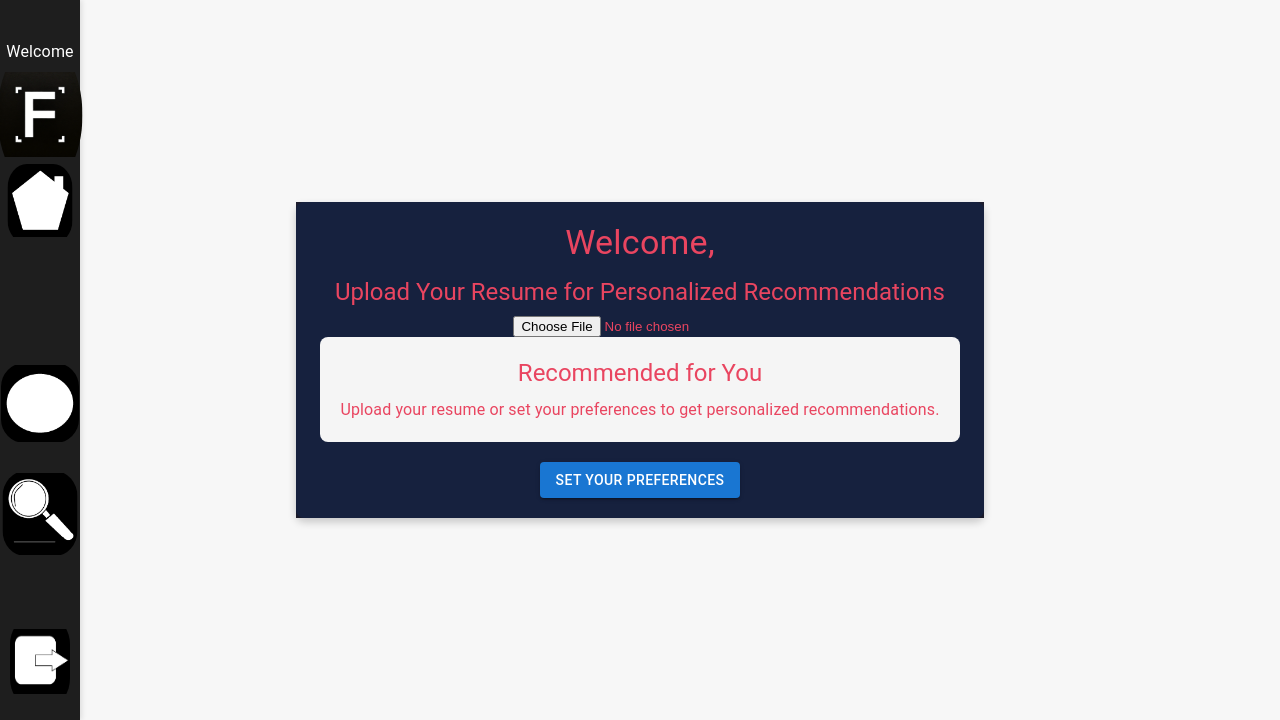
Repository: jvt2/OnlineCourseApp
Page: /dashboard
These files come from the project's save history. The page is drawn as it stood at one moment and after the next save; the edit follows.
The browser window is 1280 px wide. The pictures show the whole page.
The page's requests for data from a server got no answer. The project was rebuilt for these pictures with package versions that can differ from the ones it lists, and the page was loaded fresh each time. No one was signed in, and anything a server would have sent is missing. Also part of the build but not shown: src/features/auth/Register.js, src/features/auth/Login.js, src/features/courses/ResumeUpload.js, src/features/courses/CourseRecommendations.js, src/components/common/MyModal.js, src/features/courses/CourseCatalog.js, src/features/courses/CourseDetail.js, src/components/common/Navbar.js and 3 more. Imported but missing from the stored project, and not drawn on this page: src/app/reportWebVitals.

Above is the page before, as saved 2024-07-16 10:47:42.

### src/index.js
import React from 'react';
import ReactDOM from 'react-dom/client';
import { Provider } from 'react-redux';
import store from './redux/store';
import './index.css';
import App from './app/App';
import reportWebVitals from './app/reportWebVitals';

const root = ReactDOM.createRoot(document.getElementById('root'));
root.render(
  <React.StrictMode>
    <App />
  </React.StrictMode>
);

// If you want to start measuring performance in your app, pass a function
// to log results (for example: reportWebVitals(console.log))
// or send to an analytics endpoint. Learn more: https://bit.ly/CRA-vitals
reportWebVitals();

### src/redux/store.js
// src/redux/store.js

import { configureStore } from '@reduxjs/toolkit';
import userReducer from './userReducer';

const store = configureStore({
  reducer: {
    user: userReducer,
  },
});

export default store;

### src/app/App.js
import { BrowserRouter as Router, Route, Routes } from 'react-router-dom';
import React, { useState } from 'react';
import logo from '../logo.svg';
import './App.css';
import Register from '../features/auth/Register';
import Login from '../features/auth/Login';
import CourseCatalog from '../features/courses/CourseCatalog';
import CourseDetail from '../features/courses/CourseDetail';
import UserDashboard from '../features/dashboard/Dashboard';
import Navbar from '../components/common/Navbar';
import { Provider } from 'react-redux';
import store from '../redux/store'; // import your Redux store here
import Logout from '../features/auth/Logout'; // Import the Logout component
import Chatbot from '../features/chatbot/Chatbot';
import CourseRecommendations from '../features/courses/CourseRecommendations';
import axios from 'axios';
import ResumeUpload from '../features/courses/ResumeUpload';
import LandingPage from '../components/common/LandingPage';

function App() {
  const [loggedIn, setLoggedIn] = useState(false);
  const [users, setUsers] = useState([]);
  const [currentUser, setCurrentUser] = useState(null);
  const [recommendations, setRecommendations] = useState([]);

  const handleResumeUpload = (newRecommendations) => {
    console.log('New Recommendations:', newRecommendations);
    setRecommendations(newRecommendations);
  };

  const [courses, setCourses] = useState([
    {id: 1, name: 'Course 1', description: 'This is course 1'},
    {id: 2, name: 'Course 2', description: 'This is course 2'}
  ]);

  const handleRegister = async (username, password) => {
    try {
      const response = await axios.post('http://localhost:3001/register', { username, password });
      alert(response.data.message);
      // Log in the new user if registration is successful
      handleLogin(username, password);
    } catch (error) {
      alert(error.response.data.message);
    }
  };

  const handleLogin = async (username, password) => {
    try {
      const response = await axios.post('http://localhost:3001/login', { username, password });
      localStorage.setItem('token', response.data.token);
      setLoggedIn(true);
      setCurrentUser({ username });
    } catch (error) {
      alert('Login failed. Please check your username and password.');
    }
  };

  const handleEnroll = async (course) => {
    try {
      const token = localStorage.getItem('token');
      await axios.post('http://localhost:3001/enroll', { courseId: course.id }, {
        headers: { 'Authorization': `Bearer ${token}` }
      });
      setEnrolledCourses([...enrolledCourses, course]);
    } catch (error) {
      console.error('Enrollment failed', error);
    }
  };

  const [enrolledCourses, setEnrolledCourses] = useState([]);
  const [isModalOpen, setIsModalOpen] = useState(false);

  const handleSelectRecommendation = (recommendation) => {
    const newCourse = {
      id: courses.length + 1,
      name: recommendation.text,
      description: 'This is a recommended course based on your resume.'
    };

    setCourses([...courses, newCourse]);
    setEnrolledCourses([...enrolledCourses, newCourse]);
    setIsModalOpen(false);
  };

  return (
    <Provider store={store}>
      <Router>
        <div className="App">
          <Routes>
            <Route path="/" element={<LandingPage />} />
            <Route path="/register" element={<Register />} />
            <Route path="/login" element={<Login />} />
            <Route path="/dashboard" element={<UserDashboard />} /> {/* Added this line */}
          </Routes>
        </div>
      </Router>
    </Provider>
  );
}

export default App;

### src/redux/userReducer.js
// src/redux/userReducer.js
// src/redux/userReducer.js
import { createSlice } from '@reduxjs/toolkit';

const initialState = {
  id: null,
  email: null,
  token: null,
};

const userSlice = createSlice({
  name: 'user',
  initialState,
  reducers: {
    logIn(state, action) {
      state.id = action.payload.id;
      state.email = action.payload.email;
      state.token = action.payload.token;
    },
    logOut(state) {
      state.id = null;
      state.email = null;
      state.token = null;
    },
  },
});

export const { logIn, logOut } = userSlice.actions;
export default userSlice.reducer;

### src/app/App.css
/* App.css */
:root {
  --primary-bg-color: #1E1E2F;
  --secondary-bg-color: #282840;
  --primary-text-color: #F5F5F5;
  --link-color: #61dafb;
  --accent-color: #FF6B6B;
  --navbar-height: 4rem;
  --content-padding: 20px;
  --border-radius: 8px;
  --transition-duration: 0.3s;
  --gradient-bg-color: linear-gradient(120deg, #84fab0 0%, #8fd3f4 100%);
}

.App {
  text-align: center;
  font-family: 'Arial', sans-serif;
  background-color: var(--primary-bg-color);
}

.App-logo {
  height: 40vmin;
  pointer-events: none;
  filter: drop-shadow(0 0 10px var(--accent-color));
}

.App-header {
  background-color: var(--secondary-bg-color);
  min-height: 100vh;
  display: flex;
  flex-direction: column;
  align-items: center;
  justify-content: center;
  font-size: calc(10px + 2vmin);
  color: var(--primary-text-color);
  border-bottom-left-radius: var(--border-radius);
  border-bottom-right-radius: var(--border-radius);
}

.App-link {
  color: var(--link-color);
  transition: color var(--transition-duration);
}

.App-link:hover {
  color: var(--accent-color);
}

@media (prefers-reduced-motion: no-preference) {
  .App-logo {
    animation: App-logo-spin infinite 20s linear;
  }
}

@keyframes App-logo-spin {
  from {
    transform: rotate(0deg);
  }
  to {
    transform: rotate(360deg);
  }
}

.site-navbar {
  display: flex;
  align-items: center;
  background: var(--gradient-bg-color);
  padding: 10px 20px;
  height: var(--navbar-height);
  font-weight: 500;
  box-shadow: 0 4px 6px rgba(0, 0, 0, 0.1);
}

.navbar-nav {
  display: flex;
  align-items: center;
  list-style: none;
  margin: 0;
  padding: 0;
  flex-grow: 1;
  justify-content: center;
}

.nav-item {
  display: flex;
  align-items: center;
  justify-content: center;
  text-decoration: none;
  color: var(--primary-text-color);
  padding: 15px 25px;
  transition: all 0.3s ease-in-out;
  border-radius: var(--border-radius);
  position: relative;
}

.nav-item:before {
  content: '';
  position: absolute;
  top: 0;
  left: 0;
  width: 0;
  height: 100%;
  background: var(--accent-color);
  border-radius: var(--border-radius);
  transition: width 0.3s ease-in-out;
  z-index: -1;
}

.nav-item:hover:before {
  width: 100%;
}

.nav-item:hover {
  color: var(--secondary-bg-color);
  box-shadow: 0 4px 8px rgba(0, 0, 0, 0.2);
  text-decoration: none;
}

.navbar-brand {
  margin-right: auto;
  color: var(--primary-text-color);
  font-size: 1.5em;
  font-weight: bold;
}

.App-content {
  padding: var(--content-padding);
  color: var(--primary-text-color);
}

.App-footer {
  text-align: center;
  padding: var(--content-padding);
  background-color: var(--secondary-bg-color);
  color: var(--primary-text-color);
  box-shadow: 0 -4px 6px rgba(0, 0, 0, 0.1);
}

.course-recommendations {
  width: 80%;
  margin: auto;
  background: #f9f9f9;
  padding: 20px;
  border-radius: 5px;
  box-shadow: 0px 0px 10px rgba(0, 0, 0, 0.1);
}

.course-recommendations h2 {
  text-align: center;
  color: #333;
}

.course-recommendations .course {
  padding: 10px 0;
  border-bottom: 1px solid #eee;
}

.course-recommendations .course:last-child {
  border-bottom: none;
}

.course-recommendations .course button {
  margin-left: 10px;
}

body {
  background-color: #1a1a2e;
  color: #e94560;
}

.MuiContainer-root {
  background-color: #16213e;
  border-radius: 8px;
  padding: 20px;
  box-shadow: 0 4px 8px rgba(0, 0, 0, 0.2);
}

.customTextField .MuiInputBase-input {
  color: #fff;
  background-color: rgba(255, 255, 255, 0.1);
}

.customTextField .MuiInputLabel-root {
  color: rgba(255, 255, 255, 0.7);
}

.customTextField .MuiInputLabel-root.Mui-focused {
  color: #fff;
}

.customTextField .MuiOutlinedInput-root {
  &.Mui-focused .MuiOutlinedInput-notchedOutline {
    border-color: #fff;
  }
  & .MuiOutlinedInput-notchedOutline {
    border-color: rgba(255, 255, 255, 0.5);
  }
}

### src/features/dashboard/Dashboard.js
// src/features/dashboard/Dashboard.js
import React, { useEffect, useState } from 'react';
import axios from 'axios';
import { useSelector } from 'react-redux';
import { Container, Typography, Button, Box, List, ListItem, ListItemText } from '@mui/material';
import { useNavigate } from 'react-router-dom';
import './Dashboard.css';

function Dashboard() {
  const [recommendations, setRecommendations] = useState([]);
  const token = useSelector(state => state.user.token);
  const userId = useSelector(state => state.user.id);
  const userEmail = useSelector(state => state.user.email);
  const navigate = useNavigate();

  useEffect(() => {
    fetchRecommendations();
  }, [userId, token]);

  const fetchRecommendations = async () => {
    try {
      const response = await axios.get(`http://localhost:3001/user/${userId}/recommendations`, {
        headers: { Authorization: `Bearer ${token}` }
      });
      setRecommendations(response.data);
    } catch (error) {
      console.error('Error fetching recommendations:', error);
    }
  };

  const handleResumeUpload = async (event) => {
    const formData = new FormData();
    formData.append('resume', event.target.files[0]);

    try {
      const response = await axios.post('http://localhost:3001/uploadResume', formData, {
        headers: {
          'Content-Type': 'multipart/form-data',
          Authorization: `Bearer ${token}`,
        },
      });
      setRecommendations(response.data.recommendations);
    } catch (error) {
      console.error('Error uploading resume:', error);
    }
  };

  return (
    <div>
      <Box className="sidebar">
        <Typography className="sidebar-logo">Welcome</Typography>
        <div className="sidebar-icon icon-home" onClick={() => navigate('/dashboard')}></div>
        <div className="sidebar-icon icon-user"></div>
        <div className="sidebar-icon icon-message"></div>
        <div className="sidebar-icon icon-logout"></div>
      </Box>
      <Container component="main" maxWidth="md" className="dashboard-content">
        <Typography variant="h4" gutterBottom>
          Welcome, {userEmail}
        </Typography>
        <Box className="upload-container">
          <Typography variant="h5" gutterBottom>
            Upload Your Resume for Personalized Recommendations
          </Typography>
          <input type="file" onChange={handleResumeUpload} accept=".pdf,.doc,.docx,.txt" />
        </Box>
        <Box className="recommendations-container">
          <Typography variant="h5" gutterBottom>
            Recommended for You
          </Typography>
          {recommendations.length > 0 ? (
            <List>
              {recommendations.map((rec, index) => (
                <ListItem key={index} className="recommendation-item">
                  <ListItemText
                    primary={<Typography className="recommendation-title">{rec.title}</Typography>}
                    secondary={<Typography className="recommendation-description">{rec.description}</Typography>}
                  />
                </ListItem>
              ))}
            </List>
          ) : (
            <Typography variant="body1">Upload your resume or set your preferences to get personalized recommendations.</Typography>
          )}
        </Box>
        <Box className="button-container">
          <Button variant="contained" color="primary" onClick={() => navigate('/preferences')}>
            Set Your Preferences
          </Button>
        </Box>
      </Container>
    </div>
  );
}

export default Dashboard;

### src/features/auth/Logout.js
// Logout.js
import { useEffect } from 'react';
import { useDispatch } from 'react-redux';
import { useNavigate } from 'react-router-dom';
import { logOut } from '../../redux/reducers/userslice'; // Import the logOut action

function Logout() {
  const navigate = useNavigate();
  const dispatch = useDispatch();

  useEffect(() => {
    localStorage.removeItem('token'); // Remove the token from local storage
    dispatch(logOut()); // Dispatch the logOut action
    navigate('/login'); // Navigate to the login page
  }, [dispatch, navigate]);

  return null;
}

export default Logout;

### src/components/common/LandingPage.css
body {
    display: flex;
    justify-content: center;
    align-items: center;
    height: 100vh;
    background-color: #f7f7f7;
    margin: 0;
    font-family: 'Roboto', sans-serif;
  }

  .sign-in-container {
    display: flex;
    justify-content: center;
    align-items: center;
    height: 100%;
    width: 100%;
  }

  .sign-in-form {
    background-color: white;
    padding: 60px;
    border-radius: 10px;
    box-shadow: 0 4px 8px rgba(0, 0, 0, 0.1);
    text-align: center;
    max-width: 600px;
    width: 90%;
  }

  .logo {
    width: 200px;
    height: 200px;
    margin-bottom: 30px;
    background-color: white;
    border-radius: 10px;
  }

  h1 {
    margin: 0;
    font-size: 32px;
    font-weight: 700;
  }

  .subtitle {
    margin: 10px 0;
    color: #555;
    font-size: 18px;
  }

  .google-sign-in {
    background-color: #ffffff;
    color: #000;
    border: 1px solid #ccc;
    padding: 15px;
    width: 100%;
    border-radius: 5px;
    margin-bottom: 30px;
    display: flex;
    justify-content: center;
    align-items: center;
    cursor: pointer;
    font-size: 18px;
    font-weight: 500;
    transition: background-color 0.3s;
  }

  .google-sign-in:hover {
    background-color: #f0f0f0;
  }

  .google-logo {
    width: 25px;
    margin-right: 10px;
  }

  .separator {
    display: flex;
    align-items: center;
    text-align: center;
    margin: 30px 0;
    color: #aaa;
    font-size: 18px;
  }

  .separator::before,
  .separator::after {
    content: '';
    flex: 1;
    border-bottom: 1px solid #ccc;
  }

  .separator:not(:empty)::before {
    margin-right: .5em;
  }

  .separator:not(:empty)::after {
    margin-left: .5em;
  }

  .email-input,
  .password-input {
    width: 100%;
    padding: 15px;
    margin-bottom: 30px;
    border: 1px solid #ccc;
    border-radius: 5px;
    font-size: 18px;
    transition: border-color 0.3s;
  }

  .email-input:focus,
  .password-input:focus {
    border-color: #007bff;
    outline: none;
  }

  .continue-button {
    background-color: #9b51e0;
    color: white;
    border: none;
    padding: 15px;
    width: 100%;
    border-radius: 5px;
    font-size: 18px;
    font-weight: 500;
    cursor: pointer;
    transition: background-color 0.3s;
    margin-bottom: 10px; /* Add margin to separate the buttons */
  }

  .continue-button:hover {
    background-color: #7a3bc0;
  }

  .email-error {
    color: red;
    margin-top: 10px;
    font-size: 14px;
  }


  .back-button {
    background-color: #ccc;
    color: white;
    border: none;
    padding: 15px;
    width: 100%;
    border-radius: 5px;
    font-size: 18px;
    font-weight: 500;
    cursor: pointer;
    transition: background-color 0.3s;
    margin-bottom: 10px; /* Add margin to separate the buttons */
  }

  .back-button:hover {
    background-color: #aaa;
  }

  .sign-up-link {
    margin-top: 30px;
    color: #aaa;
    font-size: 18px;
  }

  .sign-up-link a {
    color: #9b51e0;
    text-decoration: none;
  }

  .sign-up-link a:hover {
    text-decoration: underline;
  }

### src/features/dashboard/Dashboard.css
/* Dashboard CSS */

/* General styles for the dashboard */
/* Add these styles to your existing Dashboard.css */

.dashboard-content {
  margin-left: 160px; /* Adjust based on your sidebar width */
  padding: 20px;
}

.recommendations-container {
  background-color: #f5f5f5;
  border-radius: 8px;
  padding: 20px;
  margin-bottom: 20px;
}

.recommendation-item {
  background-color: white;
  border-radius: 4px;
  padding: 15px;
  margin-bottom: 10px;
  box-shadow: 0 2px 4px rgba(0,0,0,0.1);
}

.recommendation-title {
  font-weight: bold;
  margin-bottom: 5px;
}

.recommendation-description {
  color: #666;
  font-size: 0.9em;
}

.sidebar {
  position: fixed;
  left: 0;
  top: 0;
  bottom: 0;
  width: 80px;
  background: #1e1e1e;
  display: flex;
  flex-direction: column;
  align-items: center;
  padding: 20px 0;
  box-shadow: 2px 0 5px rgba(0, 0, 0, 0.1);
}

.sidebar-icon:hover {
  background-color: rgba(255, 255, 255, 0.1);
}


/* Adjust other sidebar styles as needed */

  .sidebar-blur {
    position: absolute;
    width: 81.01px;
    height: 804px;
    left: 83.32px;
    top: 73.14px;
    background: #0C0B0B;
    opacity: 0.7;
    filter: blur(30px);
    border-radius: 24px;
  }

  .sidebar-main {
    position: absolute;
    width: 132px;
    height: 852px;
    left: 32.34px;
    top: 24.02px;
    background: #0C0B0B;
    border-radius: 24px;
  }

  .sidebar-logo {
    position: absolute;
    width: 85px;
    height: 150px;
    left: 74.46px;
    top: 39.67px;
    font-family: 'Baloo Bhai';
    font-style: normal;
    -webkit-text-fill-color: #FFFFFF;
    font-weight: 400;
    font-size: 64px;
    line-height: 102px;
    background-image: url('/public/assets/Designer.png');
    background-size: contain;
    background-position: center;
    background-repeat: no-repeat;
    border-radius: 70%;
    position: absolute;
    left: 50%;
    transform: translateX(-50%);
    margin-bottom: 40px; /* Adjust as needed */
  }

  .sidebar-icon {
    position: absolute;
    width: 26px;
    height: 26px;
    left: 85.15px;
    margin-bottom: 30px; /* Adjust as needed */
  }

  .sidebar-icon.icon-home {
    width: 65px;
    height: 80px;
    background-image: url('/public/assets/home_I.png');
    border-radius: 30%;
    position: absolute;
    left: 50%;
    transform: translateX(-50%);
    background-size: contain;
    background-repeat: no-repeat;
    top:22.84%;
  }

  .icon-graduation {
    top: 35.84%;
    width: 80px;
    height: 80px;
    background-position: center;
    background-image: url('/public/assets/enroll.png');
    border-radius: 30%;
    position: absolute;
    left: 50%;
    transform: translateX(-50%);
    background-size: contain;
    background-repeat: no-repeat;
  }

  .icon-user {
    top: 50.46%;
    width: 78px;
    height: 80px;
    background-position: center;
    background-position: center;
    background-image: url('/public/assets/user.png');
    border-radius: 30%;
    position: absolute;
    left: 50%;
    transform: translateX(-50%);
    background-size: contain;
    background-repeat: no-repeat;

  }

  .icon-message {
    top: 65.44%;
    width: 75px;
    height: 85px;
    background-position: center;
    background-image: url('/public/assets/search.png');
    border-radius: 30%;
    position: absolute;
    left: 50%;
    transform: translateX(-50%);
    background-size: contain;
    background-repeat: no-repeat;

  }

  .icon-settings {
    top: 62.11%;
  }

  .icon-logout {
    top: 85.95%;
    background-position: center;
    width: 60px;
    height: 85px;
    background-position: center;
    background-image: url('/public/assets/logout.png');
    border-radius: 30%;
    position: absolute;
    left: 50%;
    transform: translateX(-50%);
    background-size: contain;
    background-repeat: no-repeat;
  }

  .icon-background {
    background: #FFFFFF;
    background-position: center;
  }

### src/redux/reducers/userslice.js
import { createSlice } from '@reduxjs/toolkit';

const userSlice = createSlice({
  name: 'user',
  initialState: { name: '', loggedIn: false },
  reducers: {
    logIn: (state, action) => {
      state.name = action.payload.name;
      state.loggedIn = true;
    },
    logOut: (state) => {
      state.name = '';
      state.loggedIn = false;
    }
  }
});

export const { logIn, logOut } = userSlice.actions;
export default userSlice.reducer;

Loaded but not shown: public/index.html (common file); src/index.css (common file)

After the next save:
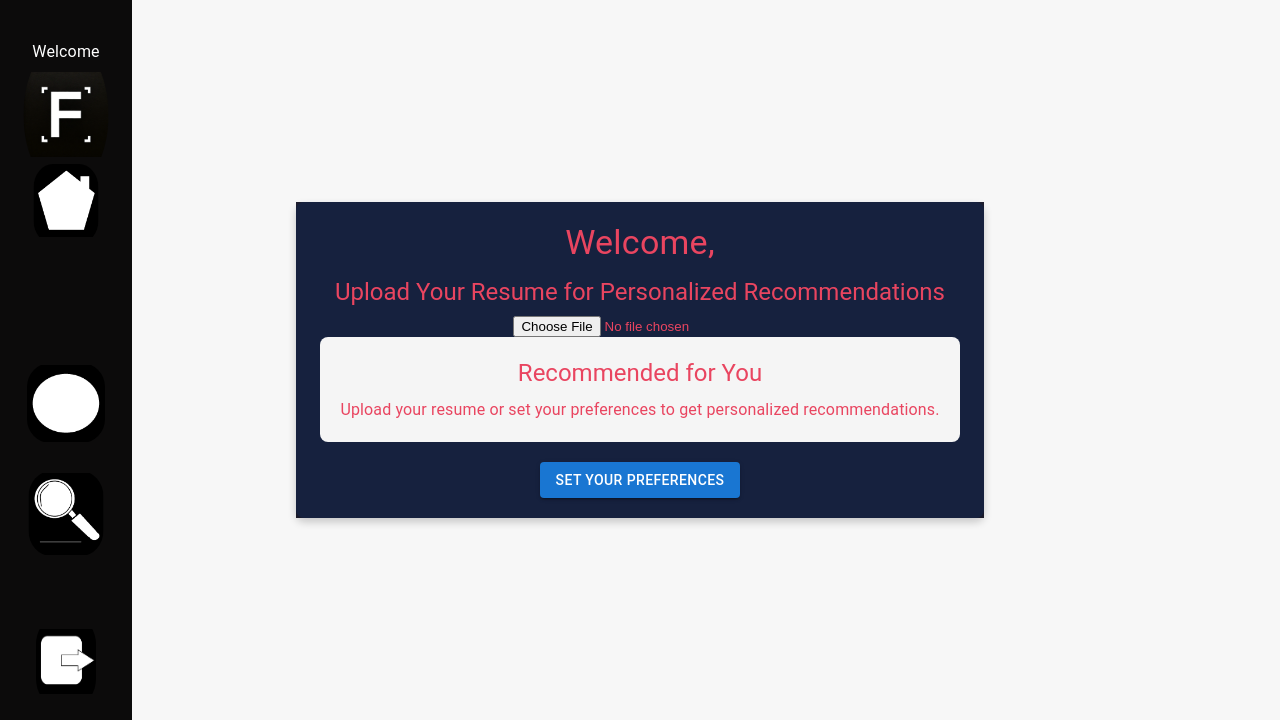
Saved 36 s later.
--- a/src/features/dashboard/Dashboard.css
+++ b/src/features/dashboard/Dashboard.css
@@ -38,14 +38,11 @@
   left: 0;
   top: 0;
   bottom: 0;
-  width: 80px;
-  background: #1e1e1e;
-  display: flex;
-  flex-direction: column;
-  align-items: center;
-  padding: 20px 0;
-  box-shadow: 2px 0 5px rgba(0, 0, 0, 0.1);
+  width: 132px;
+  background: #0C0B0B;
+  padding-top: 20px;
 }
+
 
 .sidebar-icon:hover {
   background-color: rgba(255, 255, 255, 0.1);
